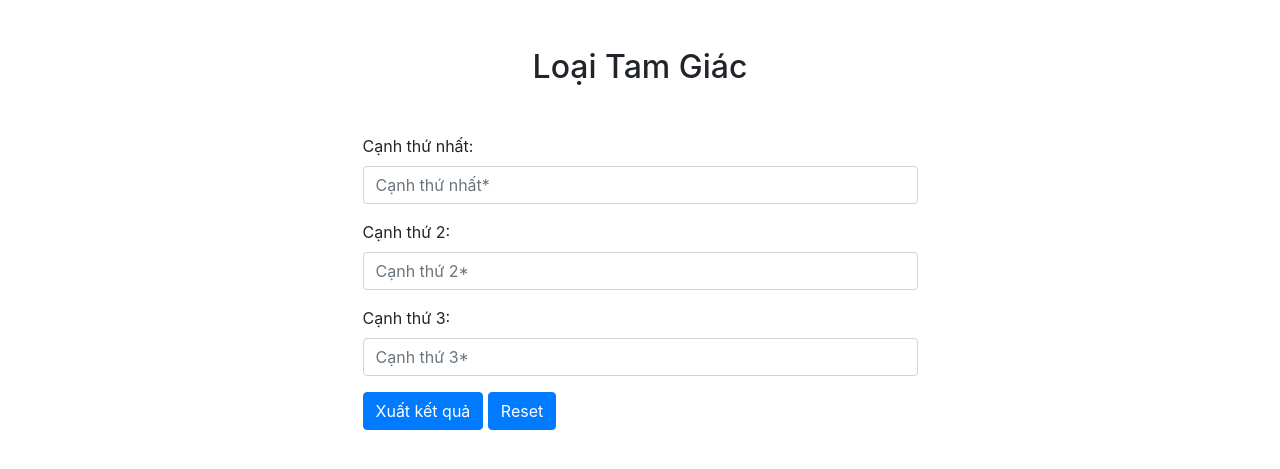
Repository: dovanthao2404/BC14_BaiTap_JS_Buoi_4_dovanthao
Page: html/bai4.html
The author's editor kept a copy of each file at every save. The page is drawn from the files as they stood at one save, then again after the next save.
The browser window is 1280 px wide. The pictures show the whole page.

Above is the page before, as saved 2021-07-02 22:57:27.

### html/bai4.html
<!DOCTYPE html>
<html lang="en">

<head>
  <meta charset="UTF-8">
  <meta http-equiv="X-UA-Compatible" content="IE=edge">
  <meta name="viewport" content="width=device-width, initial-scale=1.0">
  <title>Document</title>

  <!-- BS4 -->
  <link rel="stylesheet" href="https://cdn.jsdelivr.net/npm/bootstrap@4.6.0/dist/css/bootstrap.min.css"
    integrity="sha384-B0vP5xmATw1+K9KRQjQERJvTumQW0nPEzvF6L/Z6nronJ3oUOFUFpCjEUQouq2+l" crossorigin="anonymous">
</head>

<body>
  <div class="container">
    <form class="w-50 mx-auto">
      <h2 class="text-center px-5 my-5">Loại Tam Giác</h2>
      <div class="form-group">
        <label for="edge-1">Cạnh thứ nhất: </label>
        <input type="text" name="" id="edge-1" class="form-control" placeholder="Cạnh thứ nhất*">
      </div>
      <div class="form-group">
        <label for="edge-2">Cạnh thứ 2: </label>
        <input type="text" name="" id="edge-2" class="form-control" placeholder="Cạnh thứ 2*">
      </div>
      <div class="form-group">
        <label for="edge-3">Cạnh thứ 3: </label>
        <input type="text" name="" id="edge-3" class="form-control" placeholder="Cạnh thứ 3*">
      </div>
      <button type="button" class="btn btn-primary" id="btnResult">Xuất kết quả</button>
      <button type="reset" class="btn btn-primary">Reset</button>
      <div class='mt-3'>
        <h2 id="result"></h2>
      </div>
    </form>
    <script src="../js/bai1.js"></script>
  </div>
</body>

</html>

### js/bai1.js
function handlerSortIncrease() {
  var number1 = document.getElementById('number-1').value;
  var number2 = document.getElementById('number-2').value;
  var number3 = document.getElementById('number-3').value;

  var coNhap = checkLength(number1);
  var coNhap1 = checkLength(number2);
  var coNhap2 = checkLength(number3);

  if (coNhap && coNhap1 && coNhap2) {

    var a = +number1;
    var b = +number2;
    var c = +number3;

    if (!isNaN(a) && !isNaN(b) && !isNaN(c)) {

      if (a % 1 !== 0 || b % 1 !== 0 || c % 1 !== 0) {
        notificationFail('Vui lòng nhập số nguyên.');
      } else {
        if (a <= b && b <= c) {
          outputResult(a, b, c);
        } else if (a <= c && c <= b) {
          outputResult(a, c, b);
        } else if (b <= a && a <= c) {
          outputResult(b, a, c)
        } else if (b <= c && c <= a) {
          outputResult(b, c, a);
        } else if (c <= a && a <= b) {
          outputResult(c, a, b);
        } else {
          outputResult(c, b, a);
        }
      }
    } else {
      notificationFail("Vui lòng nhập đúng giá trị.");
    }
  }
}

document.getElementById('btnResult').addEventListener('click', function () {
  handlerSortIncrease();
})

function outputResult(min, mid, max) {
  var result = document.getElementById('result');
  result.innerHTML = `Sắp xếp tăng dần ${min} ${mid} ${max}`
}
function notificationFail(thongBao) {
  var result = document.getElementById('result');
  result.innerHTML = thongBao;
}


function checkLength(a) {
  if (a === '') {
    notificationFail("Vui lòng nhập giá trị.");
    return false;
  }
  return true;
}

After the next save:
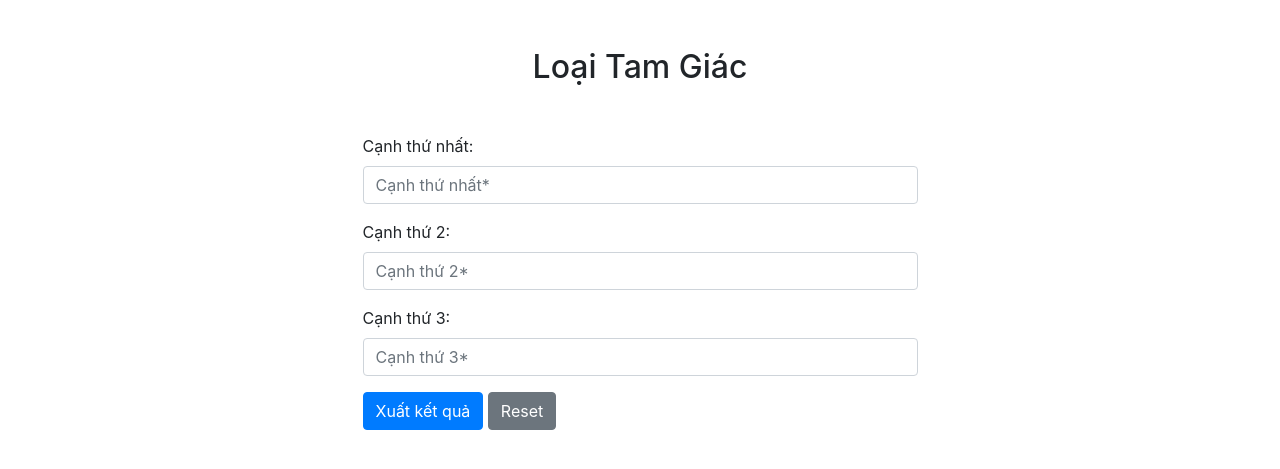
Saved 14 s later.
--- a/html/bai4.html
+++ b/html/bai4.html
@@ -29,7 +29,7 @@
         <input type="text" name="" id="edge-3" class="form-control" placeholder="Cạnh thứ 3*">
       </div>
       <button type="button" class="btn btn-primary" id="btnResult">Xuất kết quả</button>
-      <button type="reset" class="btn btn-primary">Reset</button>
+      <button type="reset" class="btn btn-secondary">Reset</button>
       <div class='mt-3'>
         <h2 id="result"></h2>
       </div>
